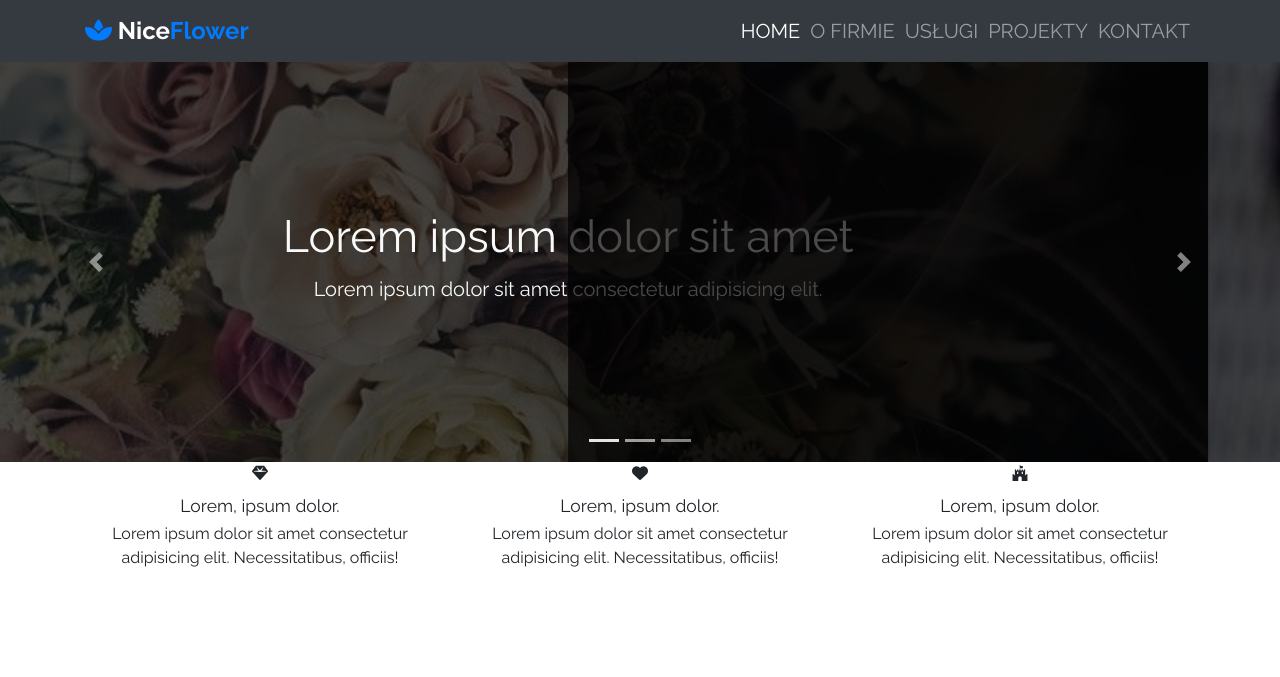
Repository: KrzysKolo/Projekt-13_Kwiaciarnia
Page: index.html
An editor plug-in stored every save of this project. The page is shown before and after the next save, followed by the edit.
The browser window is 1280 px wide. The pictures show the whole page.
Some web libraries are served in a nearby version.

Above is the page before, as saved 2020-08-08 08:27:45.

### index.html
<!DOCTYPE html>
<html lang="pl">
  <head>
    <meta charset="UTF-8" />
    <meta name="viewport" content="width=device-width, initial-scale=1.0" />
    <title>Nice-Flower</title>
    <script
      src="https://kit.fontawesome.com/21efeaf281.js"
      crossorigin="anonymous"
    ></script>

    <link
      rel="stylesheet"
      href="https://stackpath.bootstrapcdn.com/bootstrap/4.5.0/css/bootstrap.min.css"
      integrity="sha384-9aIt2nRpC12Uk9gS9baDl411NQApFmC26EwAOH8WgZl5MYYxFfc+NcPb1dKGj7Sk"
      crossorigin="anonymous"
    />
    <link
      href="https://fonts.googleapis.com/css2?family=Raleway:wght@400;700&display=swap"
      rel="stylesheet"
    />
    <link rel="stylesheet" href="style.css" />
  </head>
  <body>
    <nav class="navbar navbar-expand-lg navbar-dark bg-dark py-3">
      <div class="container">
        <a class="navbar-brand" href="#"
          ><i class="fas fa-spa text-primary"></i> Nice<span
            class="text-primary"
            >Flower</span
          ></a
        >
        <button
          class="navbar-toggler border-0"
          type="button"
          data-toggle="collapse"
          data-target="#navbarNavAltMarkup"
          aria-controls="navbarNavAltMarkup"
          aria-expanded="false"
          aria-label="Toggle navigation"
        >
          <i class="fas fa-bars px-4"></i>
        </button>
        <div class="collapse navbar-collapse" id="navbarNavAltMarkup">
          <div class="navbar-nav ml-auto">
            <a class="nav-link active" href="#"
              >Home <span class="sr-only">(current)</span></a
            >
            <a class="nav-link" href="abouteus.html">O firmie</a>
            <a class="nav-link" href="services.html">Usługi</a>
            <a class="nav-link" href="projects.html">Projekty</a>
            <a class="nav-link" href="contact.html">Kontakt</a>
          </div>
        </div>
      </div>
    </nav>

    <!-- HEADER -->
    <header>
      <div
        id="carouselExampleCaptions"
        class="carousel slide"
        data-ride="carousel"
      >
        <ol class="carousel-indicators">
          <li
            data-target="#carouselExampleCaptions"
            data-slide-to="0"
            class="active"
          ></li>
          <li data-target="#carouselExampleCaptions" data-slide-to="1"></li>
          <li data-target="#carouselExampleCaptions" data-slide-to="2"></li>
        </ol>
        <div class="carousel-inner text-dark text-center">
          <div class="carousel-item carousel-img-one active">
            <div
              class="carousel-text h-100 p-5 d-flex flex-column justyfy-content-end justify-content-md-center align-items-center"
            >
              <div class="hero-shadow"></div>
              <p class="display-3 text-light">Lorem ipsum dolor sit amet</p>
              <p class="d-none d-sm-block text-light">
                Lorem ipsum dolor sit amet consectetur adipisicing elit.
              </p>
            </div>
          </div>
          <div class="carousel-item carousel-img-two">
            <div
              class="carousel-text h-100 p-5 d-flex flex-column justyfy-content-end justify-content-md-center align-items-center"
            >
              <div class="hero-shadow"></div>
              <p class="display-3 text-light">Lorem ipsum dolor sit amet</p>
              <p class="d-none d-sm-block text-light">
                Lorem ipsum dolor sit amet consectetur adipisicing elit.
              </p>
            </div>
          </div>
          <div class="carousel-item carousel-img-three">
            <div
              class="carousel-text h-100 p-5 d-flex flex-column justyfy-content-end justify-content-md-center align-items-center"
            >
              <div class="hero-shadow"></div>
              <p class="display-3 text-light">Lorem ipsum dolor sit amet</p>
              <p class="d-none d-sm-block text-light">
                Lorem ipsum dolor sit amet consectetur adipisicing elit.
              </p>
            </div>
          </div>
        </div>
        <a
          class="carousel-control-prev"
          href="#carouselExampleCaptions"
          role="button"
          data-slide="prev"
        >
          <span class="carousel-control-prev-icon" aria-hidden="true"></span>
          <span class="sr-only">Previous</span>
        </a>
        <a
          class="carousel-control-next"
          href="#carouselExampleCaptions"
          role="button"
          data-slide="next"
        >
          <span class="carousel-control-next-icon" aria-hidden="true"></span>
          <span class="sr-only">Next</span>
        </a>
      </div>
    </header>

    <!-- MAIN -->
    <main>
      <section class="home-boxes">
        <div class="container text-center">
          <div class="row">
            <div class="col-md-4 home-box mb-5 mb-md-0">
              <i class="fas fa-gem mb-4"></i>
              <h3>Lorem, ipsum dolor.</h3>
              <p class="m-0">
                Lorem ipsum dolor sit amet consectetur adipisicing elit.
                Necessitatibus, officiis!
              </p>
            </div>
            <div class="col-md-4 home-box mb-5 mb-md-0">
              <i class="fas fa-heart mb-4"></i>
              <h3>Lorem, ipsum dolor.</h3>
              <p class="m-0">
                Lorem ipsum dolor sit amet consectetur adipisicing elit.
                Necessitatibus, officiis!
              </p>
            </div>
            <div class="col-md-4 home-box mb-5 mb-md-0">
              <i class="fab fa-fort-awesome mb-4"></i>
              <h3>Lorem, ipsum dolor.</h3>
              <p class="m-0">
                Lorem ipsum dolor sit amet consectetur adipisicing elit.
                Necessitatibus, officiis!
              </p>
            </div>
          </div>
        </div>
      </section>
    </main>
    <script
      src="https://code.jquery.com/jquery-3.5.1.slim.min.js"
      integrity="sha384-DfXdz2htPH0lsSSs5nCTpuj/zy4C+OGpamoFVy38MVBnE+IbbVYUew+OrCXaRkfj"
      crossorigin="anonymous"
    ></script>
    <script
      src="https://cdn.jsdelivr.net/npm/popper.js@1.16.0/dist/umd/popper.min.js"
      integrity="sha384-Q6E9RHvbIyZFJoft+2mJbHaEWldlvI9IOYy5n3zV9zzTtmI3UksdQRVvoxMfooAo"
      crossorigin="anonymous"
    ></script>
    <script
      src="https://stackpath.bootstrapcdn.com/bootstrap/4.5.0/js/bootstrap.min.js"
      integrity="sha384-OgVRvuATP1z7JjHLkuOU7Xw704+h835Lr+6QL9UvYjZE3Ipu6Tp75j7Bh/kR0JKI"
      crossorigin="anonymous"
    ></script>
  </body>
</html>

### style.css
* {
  box-sizing: border-box;
  margin: 0;
  padding: 0;
}
html {
  font-size: 62.5%;
}
body {
  font-family: "Raleway", sans-serif;
  font-size: 1.6rem;
}
.hero-shadow {
  position: absolute;
  top: 0;
  width: 200%;
  height: 100%;
  background-color: rgba(0, 0, 0, 0.7);
  z-index: -1;
}
/* ----------- */
/*  nawigacja  */
/* ----------- */
nav {
  font-size: 2rem;
  text-transform: uppercase;
}
.navbar-toggler {
  font-size: 3rem;
}
.navbar-brand {
  font-size: 2.4rem;
  font-weight: bold;
  text-transform: none;
}
/* ----------- */
/*    header   */
/* ----------- */
header {
  font-size: 2rem;
}
.carousel-item {
  position: relative;
  height: 400px;
  background-position: center;
  background-size: cover;
  z-index: 0;
}
.carousel-img-one {
  background-image: url("./img/b1m.jpg");
}
.carousel-img-two {
  background-image: url("./img/b2m.jpg");
}
.carousel-img-three {
  background-image: url("./img/b4m.jpg");
}
/* ----------- */
/*     msin    */
/* ----------- */

@media (min-width: 1400px) {
  .carousel-item {
    height: 600px;
  }
  .carousel-img-one {
    background-image: url("./img/b1.jpg");
  }
  .carousel-img-two {
    background-image: url("./img/b2.jpg");
  }
  .carousel-img-three {
    background-image: url("./img/b4.jpg");
  }
}

After the next save:
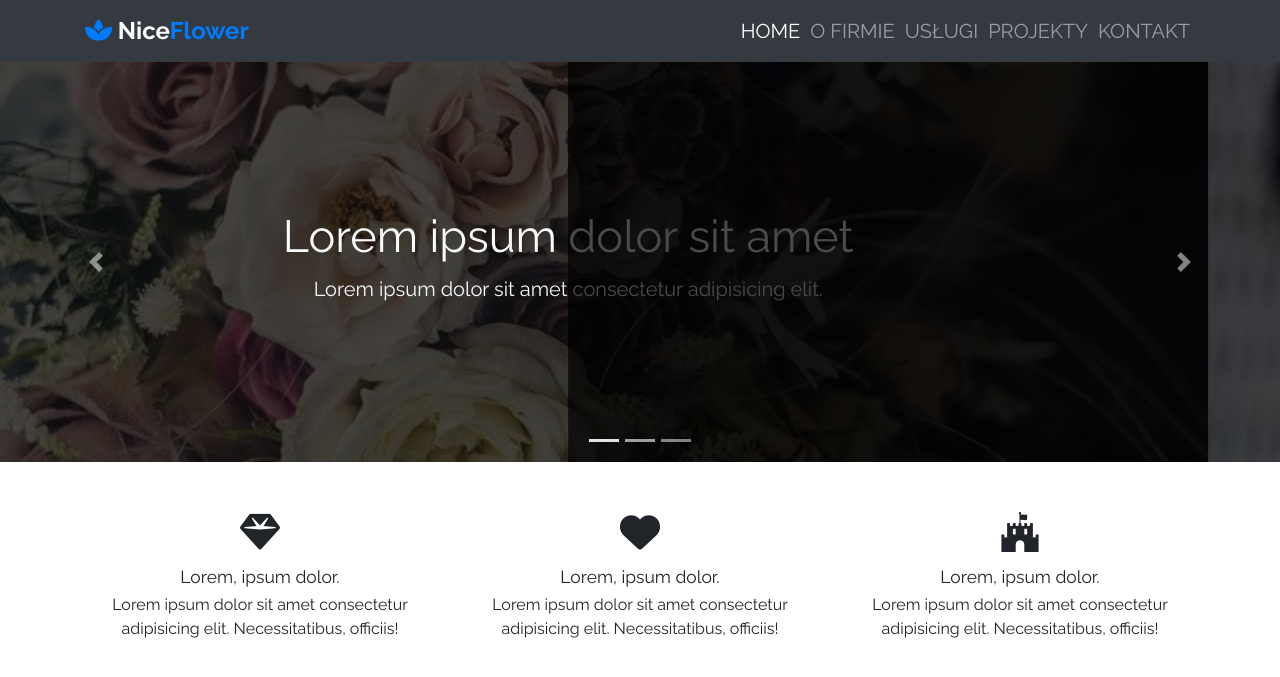
Saved 2 min 3 s later.
--- a/style.css
+++ b/style.css
@@ -58,6 +58,12 @@ header {
 /* ----------- */
 /*     msin    */
 /* ----------- */
+.home-boxes {
+  padding: 5rem 0;
+}
+.home-box i {
+  font-size: 4rem;
+}
 
 @media (min-width: 1400px) {
   .carousel-item {
